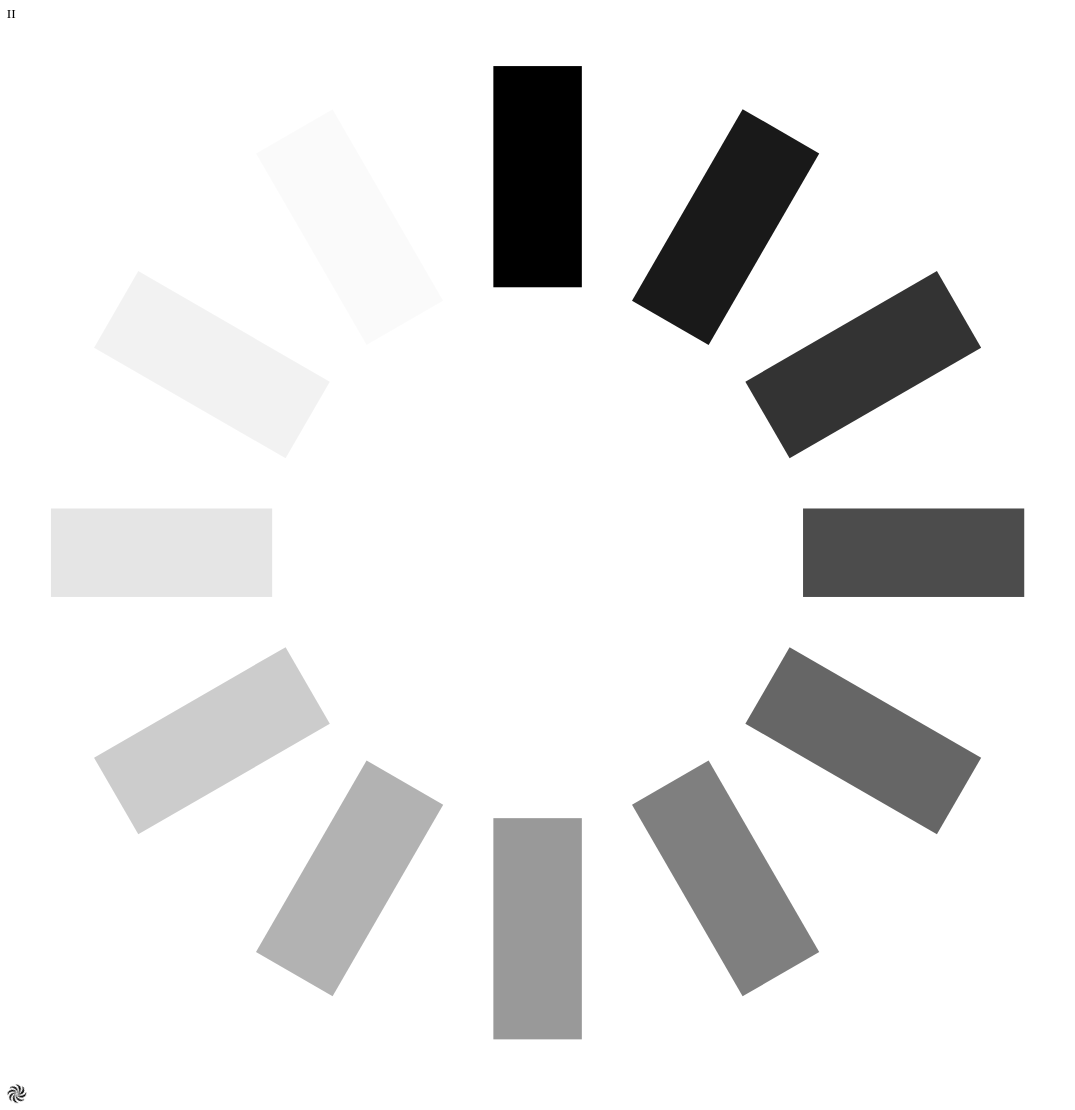
Repository: programarreza/inventory-order-management-client
Page: app/(common-layout)/navbar/demo.html
An editor plug-in stored every save of this project. The page is shown before and after the next save, followed by the edit.
The browser window is 1280 px wide. The pictures show the whole page, at 84% of full size.

Above is the page before, as saved 2025-08-25 20:16:29.

After the next save:
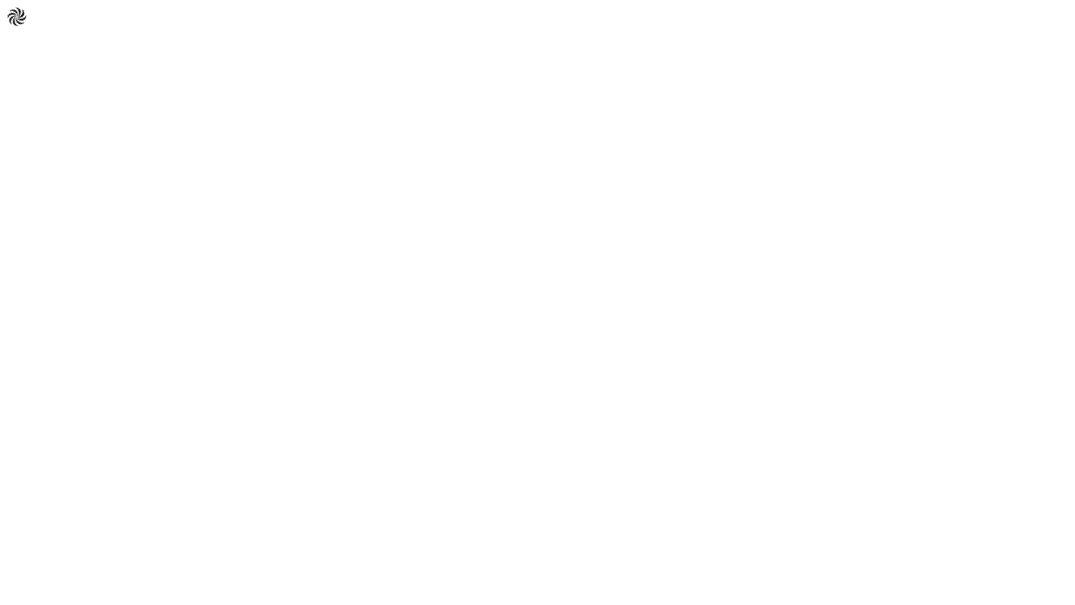
Saved 107 s later.
--- a/app/(common-layout)/navbar/demo.html
+++ b/app/(common-layout)/navbar/demo.html
@@ -1,18 +1,3 @@
-II<svg class="w-8 h-8 text-orange-600 animate-spin" viewBox="0 0 24 24" fill="currentColor">
-    <rect x="11" y="1" width="2" height="5" opacity="1" />
-    <rect x="11" y="1" width="2" height="5" transform="rotate(30 12 12)" opacity="0.9" />
-    <rect x="11" y="1" width="2" height="5" transform="rotate(60 12 12)" opacity="0.8" />
-    <rect x="11" y="1" width="2" height="5" transform="rotate(90 12 12)" opacity="0.7" />
-    <rect x="11" y="1" width="2" height="5" transform="rotate(120 12 12)" opacity="0.6" />
-    <rect x="11" y="1" width="2" height="5" transform="rotate(150 12 12)" opacity="0.5" />
-    <rect x="11" y="1" width="2" height="5" transform="rotate(180 12 12)" opacity="0.4" />
-    <rect x="11" y="1" width="2" height="5" transform="rotate(210 12 12)" opacity="0.3" />
-    <rect x="11" y="1" width="2" height="5" transform="rotate(240 12 12)" opacity="0.2" />
-    <rect x="11" y="1" width="2" height="5" transform="rotate(270 12 12)" opacity="0.1" />
-    <rect x="11" y="1" width="2" height="5" transform="rotate(300 12 12)" opacity="0.05" />
-    <rect x="11" y="1" width="2" height="5" transform="rotate(330 12 12)" opacity="0.02" />
-</svg>
-
 <div class="w-8 h-8 text-orange-600"><svg width="24" height="24" viewBox="0 0 24 24" xmlns="http://www.w3.org/2000/svg"
         fill="currentColor">
         <style>

After the save that followed:
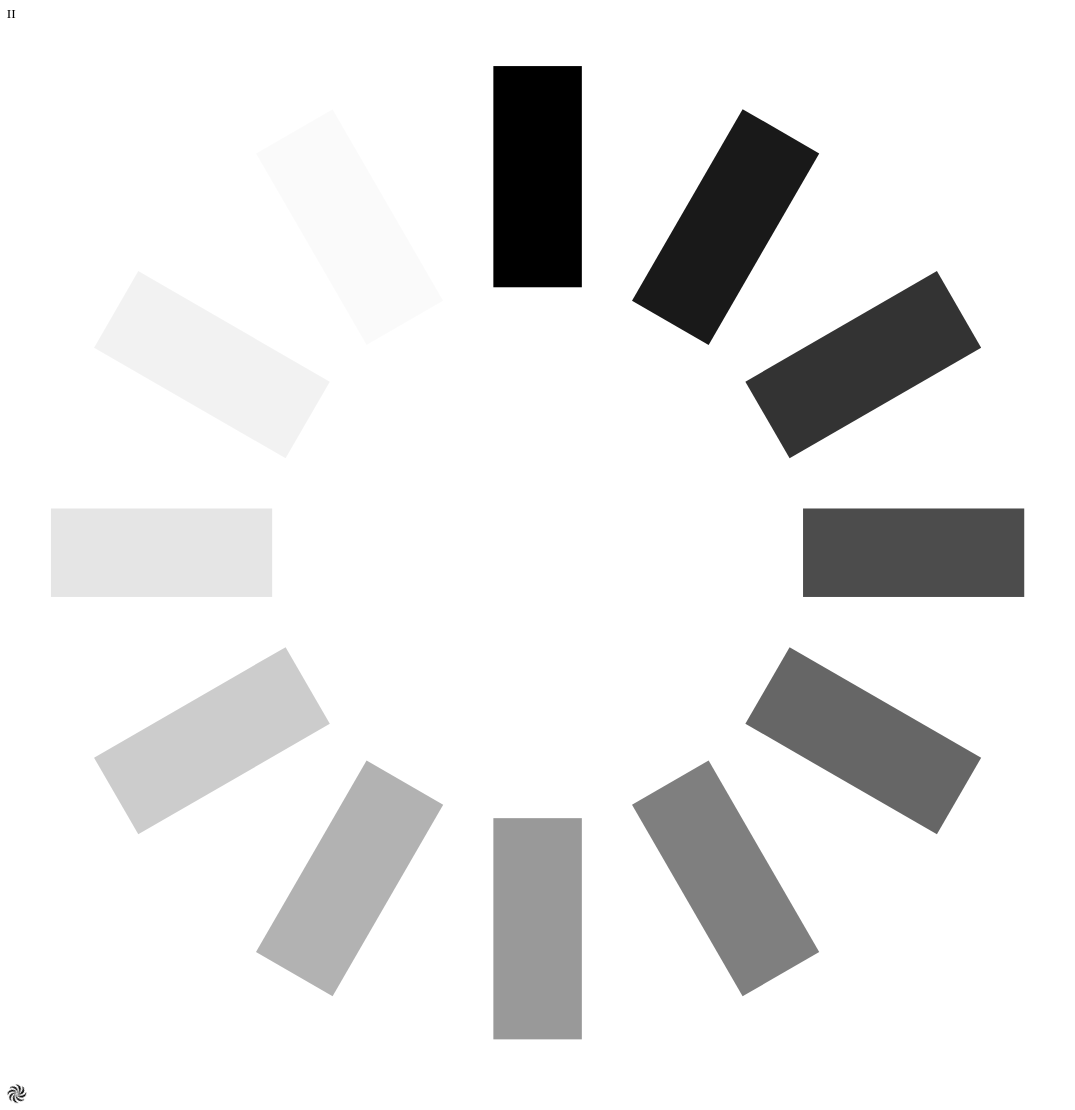
Saved 2 min 8 s later.
--- a/app/(common-layout)/navbar/demo.html
+++ b/app/(common-layout)/navbar/demo.html
@@ -1,3 +1,18 @@
+II<svg class="w-8 h-8 text-orange-600 animate-spin" viewBox="0 0 24 24" fill="currentColor">
+    <rect x="11" y="1" width="2" height="5" opacity="1" />
+    <rect x="11" y="1" width="2" height="5" transform="rotate(30 12 12)" opacity="0.9" />
+    <rect x="11" y="1" width="2" height="5" transform="rotate(60 12 12)" opacity="0.8" />
+    <rect x="11" y="1" width="2" height="5" transform="rotate(90 12 12)" opacity="0.7" />
+    <rect x="11" y="1" width="2" height="5" transform="rotate(120 12 12)" opacity="0.6" />
+    <rect x="11" y="1" width="2" height="5" transform="rotate(150 12 12)" opacity="0.5" />
+    <rect x="11" y="1" width="2" height="5" transform="rotate(180 12 12)" opacity="0.4" />
+    <rect x="11" y="1" width="2" height="5" transform="rotate(210 12 12)" opacity="0.3" />
+    <rect x="11" y="1" width="2" height="5" transform="rotate(240 12 12)" opacity="0.2" />
+    <rect x="11" y="1" width="2" height="5" transform="rotate(270 12 12)" opacity="0.1" />
+    <rect x="11" y="1" width="2" height="5" transform="rotate(300 12 12)" opacity="0.05" />
+    <rect x="11" y="1" width="2" height="5" transform="rotate(330 12 12)" opacity="0.02" />
+</svg>
+
 <div class="w-8 h-8 text-orange-600"><svg width="24" height="24" viewBox="0 0 24 24" xmlns="http://www.w3.org/2000/svg"
         fill="currentColor">
         <style>
